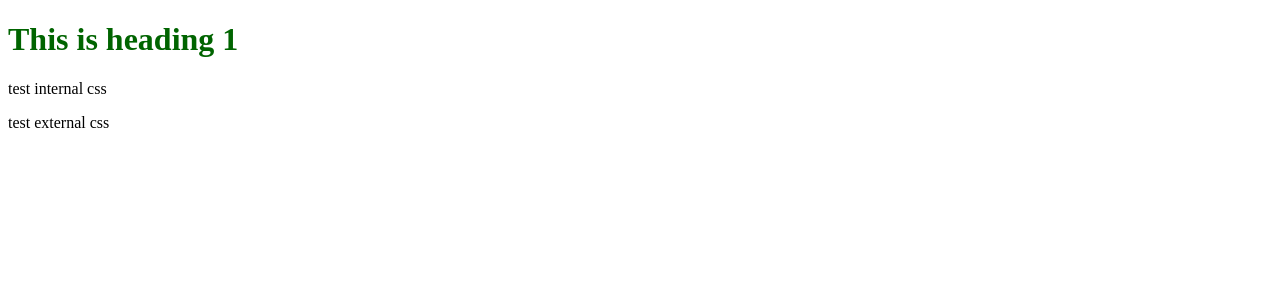
Repository: congle98/CSS_CachNhungCSS
Page: index.html
These files come from the project's save history. The page is drawn as it stood at one moment and after a run of saves; the edit follows.
The browser window is 1280 px wide. The pictures show the whole page.

Above is the page before, as saved 2021-05-26 11:54:40.

### index.html
<!DOCTYPE html>
<html lang="en">
<head>
    <meta charset="UTF-8">
    <meta http-equiv="X-UA-Compatible" content="IE=edge">
    <meta name="viewport" content="width=device-width, initial-scale=1.0">
    <title>Document</title>
    <style>

    </style>

</head>
<body>
    <h1 style="color: darkgreen;">This is heading 1</h1>
    <p id="internal">test internal css</p>
    <p id="external">test external css</p>
</body>
</html>

After the next 7 saves:
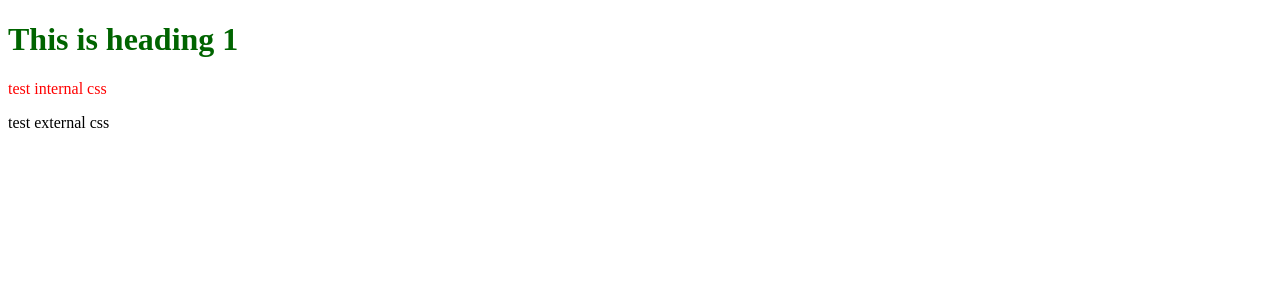
The 7 saves are shown as one change because they came seconds apart.
The last was saved 16 s later.
--- a/index.html
+++ b/index.html
@@ -6,7 +6,9 @@
     <meta name="viewport" content="width=device-width, initial-scale=1.0">
     <title>Document</title>
     <style>
-
+        #internal{
+            color: red;
+        }
     </style>
 
 </head>
